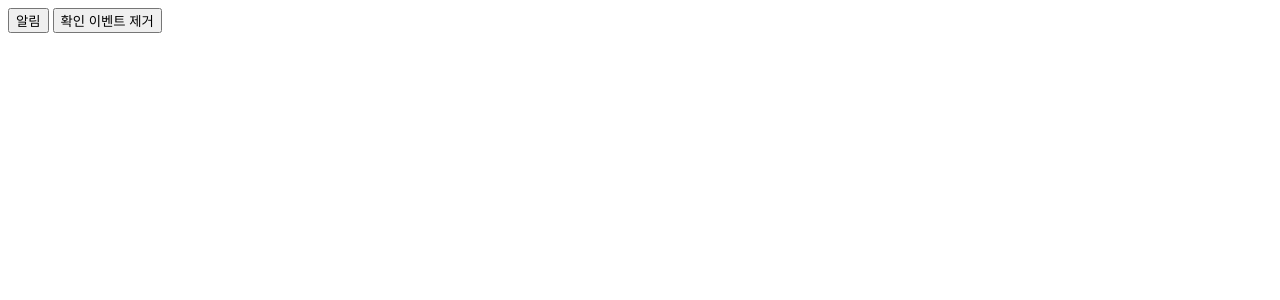
Repository: Baechangho/JavaBasic
Page: workspace_web/Front/src/main/webapp/jqEvent/jqEvent_02.html
An editor plug-in stored every save of this project. The page is shown before and after the next save, followed by the edit.
The browser window is 1280 px wide. The pictures show the whole page.

Above is the page before, as saved 2023-08-10 02:21:15.

After the next save:
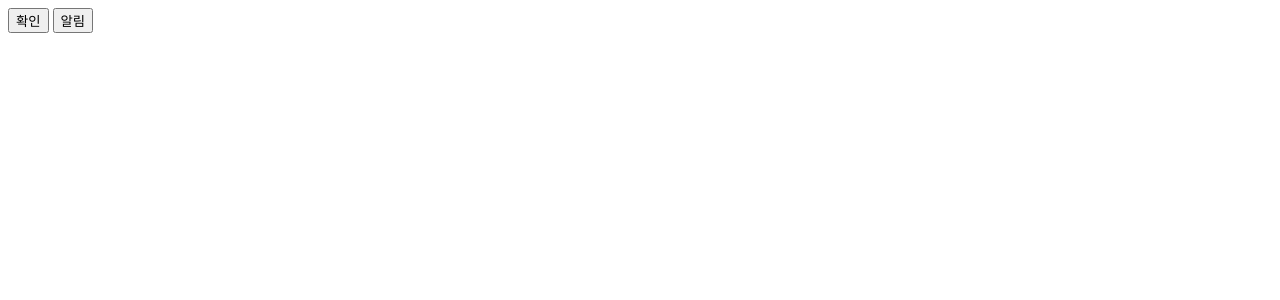
Saved 13 s later.
--- a/workspace_web/Front/src/main/webapp/jqEvent/jqEvent_02.html
+++ b/workspace_web/Front/src/main/webapp/jqEvent/jqEvent_02.html
@@ -12,8 +12,8 @@ $(function() {
 </head>
 <body>
 <div id="myDiv">
-	<button id="btnOk">알림</button>
-	<button id="btnCancel">확인 이벤트 제거</button>
+	<button id="btnOk">확인</button>
+	<button id="btnAlert">알림</button>
 </div>
 </body>
 </html>
